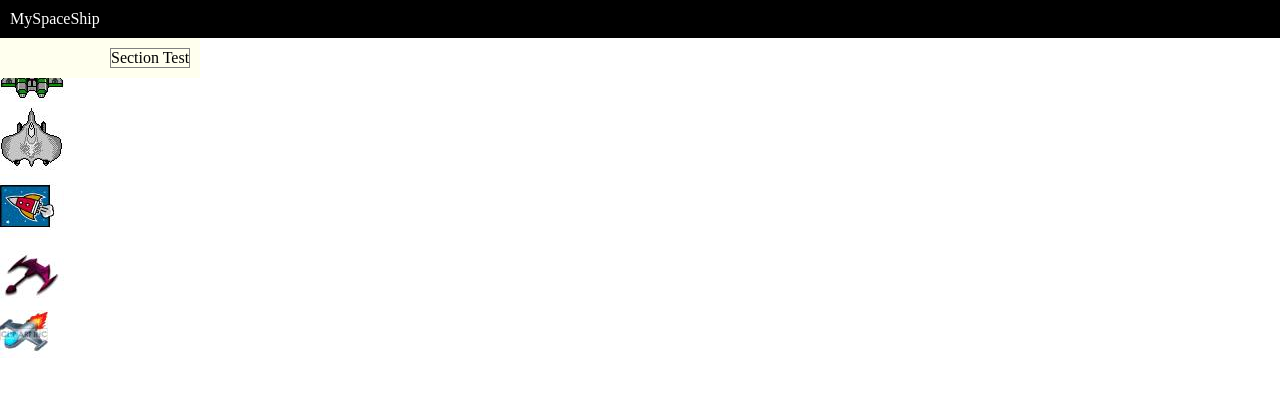
Repository: eudesf/MySpaceShip
Page: MySpaceShip/WebContent/index.html
The author's editor kept a copy of each file at every save. The page is drawn from the files as they stood at one save, then again after a run of saves.
The browser window is 1280 px wide. The pictures show the whole page.

Above is the page before, as saved 2012-03-15 20:24:12.

### MySpaceShip/WebContent/index.html
<!DOCTYPE html>

<html>
	<head>
		<style>
			/* reset from YUI 3 */
   		    html{color:#000;background:#FFF;}body,div,dl,dt,dd,ul,ol,li,h1,h2,h3,h4,h5,h6,pre,code,form,fieldset,legend,input,textarea,p,blockquote,th,td{margin:0;padding:0;}table{border-collapse:collapse;border-spacing:0;}fieldset,img{border:0;}address,caption,cite,code,dfn,em,strong,th,var{font-style:normal;font-weight:normal;}li{list-style:none;}caption,th{text-align:left;}h1,h2,h3,h4,h5,h6{font-size:100%;font-weight:normal;}q:before,q:after{content:'';}abbr,acronym{border:0;font-variant:normal;}sup{vertical-align:text-top;}sub{vertical-align:text-bottom;}input,textarea,select{font-family:inherit;font-size:inherit;font-weight:inherit;}input,textarea,select{*font-size:100%;}legend{color:#000;}

			header {
				background: #000;
				color: #fff;
				padding: 10px;
			}

			nav {
				float: left;
				width: 80px;
			}

			nav a {
				display: block;
			}

			section {
				position: absolute;
				padding-left: 100px;
				background: #FFE;
			}

			article {
				margin: 10px;
				border: 1px solid gray;

			}

		</style>
	</head>
	<body>

		<header>
			<h2>MySpaceShip</h2>
		</header>

		<nav>
			<a href="javascript:void(0)">
				<img src="images/ship1.jpg"/>
			</a>
			<a href="javascript:void(0)">
				<img src="images/ship2.jpg"/>
			</a>
			<a href="javascript:void(0)">
				<img src="images/ship3.jpg"/>
			</a>
			<a href="javascript:void(0)">
				<img src="images/ship4.jpg"/>
			</a>
			<a href="javascript:void(0)">
				<img src="images/ship5.jpg"/>
			</a>
		</nav>

		<section>
			<article>
				Section Test
			</article>
		</section>

	</body>
</html>

After the next 2 saves:
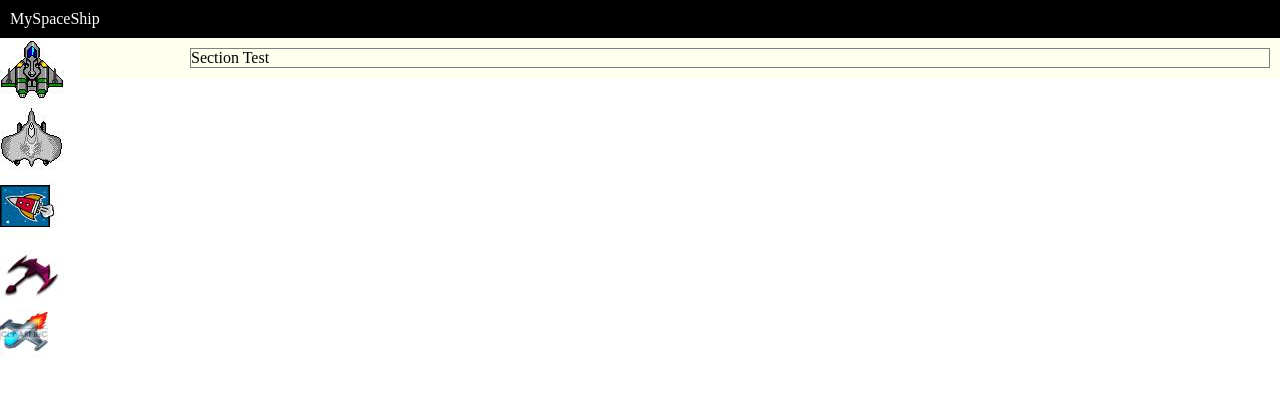
The 2 saves are shown as one change because they came seconds apart.
The last was saved 55 s later.
--- a/MySpaceShip/WebContent/index.html
+++ b/MySpaceShip/WebContent/index.html
@@ -23,6 +23,8 @@
 
 			section {
 				position: absolute;
+				left: 80px;
+				right: 0px;
 				padding-left: 100px;
 				background: #FFE;
 			}
